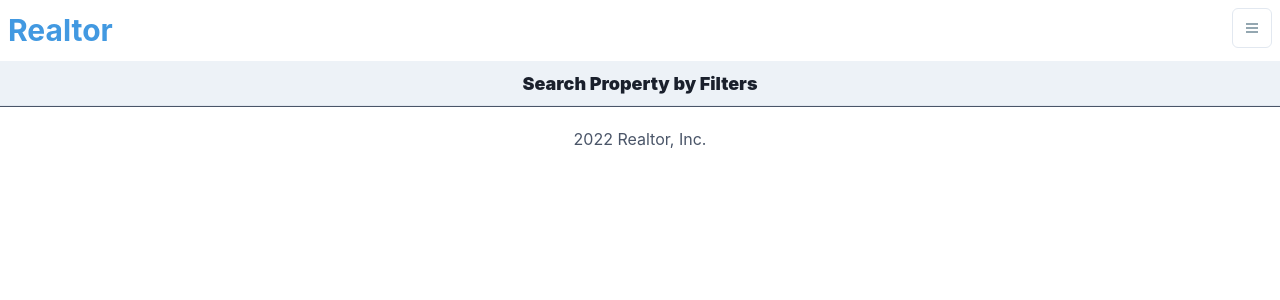
Repository: programmingwithlevi/realtor
Page: /search
These files come from the project's save history. The page is drawn as it stood at one moment and after the next save; the edit follows.
The browser window is 1280 px wide. The pictures show the whole page.
The project was rebuilt for these pictures with package versions that can differ from the ones it lists, and the page was loaded fresh each time. The framework's server and built-in components were replaced by stand-ins that run in the browser. Also part of the build but not shown: next.config.js.

Above is the page before, as saved 2022-11-30 13:01:11.

### pages/_app.js
import Router from 'next/router';
import Head from 'next/head';
import '../styles/globals.css'
import { ChakraProvider } from '@chakra-ui/react';
import Layout from "../components/Layout";

function MyApp({ Component, pageProps }) {
  return (
    <>
      <Head>

      </Head>
      <ChakraProvider>
        <Layout>
          <Component {...pageProps} />
        </Layout>
      </ChakraProvider>
    </>
    )
}

export default MyApp

### pages/search.js
import { useState } from "react";
import { useRouter } from "next/router";
import Image from "next/image";
import { Flex, Box, Text, Icon } from '@chakra-ui/react';
import { BsFilter } from 'react-icons/bs';

const Search = () => {
    const [searchFilters, setSearchFilters] = useState(false);
    const router = useRouter();

    return (
        <Box>
            <Flex
                cursor="pointer"
                bg="gray.100"
                borderBottom="1px"
                borderColor="gray.200"
                p="2"
                fontWeight="black"
                fontSize="lg"
                justifyContent="center"
                alignItems="center"
                >
            <Text>
                Search Property by Filters
            </Text>

            </Flex>
        </Box>
    )

}
export default Search;

### components/Layout.jsx
import Head from 'next/head';
import {Box} from '@chakra-ui/react'

import Navbar from './Navbar.jsx';
import Footer from './Footer.jsx';


const Layout = ({ children }) => (
    <>
    <Head>
        <title>Real Estate</title>
    </Head>
    <Box maxWidth="1280px" m="auto">
        <header>
            <Navbar />
        </header>
        <main>
            {children}
        </main>
        <footer>
            <Footer />
        </footer>
    </Box>
    </>
);

export default Layout;

### components/Navbar.jsx
import  Link  from "next/link";
import {
  Menu,
  MenuItem,
  MenuButton,
  MenuList,
  IconButton,
  Flex,
  Box,
  Spacer,
} from "@chakra-ui/react";
import { FcMenu, FcHome, FcAbout } from 'react-icons/fc';
import { BsSearch } from "react-icons/bs";
import { FiKey } from "react-icons/fi";

const Navbar = () => (
    <Flex p='2' borderBottom='1px' borderColor='gray.100'>
      <Box fontSize='3xl' color='blue.400' fontWeight='bold'>
        <Link href='/' paddingLeft='2'>Realtor</Link>
      </Box>
      <Spacer />
      <Box>
        <Menu>
          <MenuButton as={IconButton} icon={<FcMenu />} variant='outline' color='red.400' />
          <MenuList>
            <Link href='/' passHref>
              <MenuItem icon={<FcHome />}>Home</MenuItem>
            </Link>
            <Link href='/search' passHref>
              <MenuItem icon={<BsSearch />}>Search</MenuItem>
            </Link>
            <Link href='/search?purpose=for-sale' passHref>
              <MenuItem icon={<FcAbout />}>Buy Property</MenuItem>
            </Link>
            <Link href='/search?purpose=for-rent' passHref>
              <MenuItem icon={<FiKey />}>Rent Property</MenuItem>
            </Link>
          </MenuList>
        </Menu>
      </Box>
    </Flex>
  );
export default Navbar;

### components/Footer.jsx
import {Box} from '@chakra-ui/react';

const Footer = () => (
    <Box textAlign="center" p="5" color="gray.600" borderTop="1px" borderColor="grey.100">
        2022 Realtor, Inc.
    </Box>
)
export default Footer;

Loaded but not shown: styles/globals.css (common file)

After the next save:
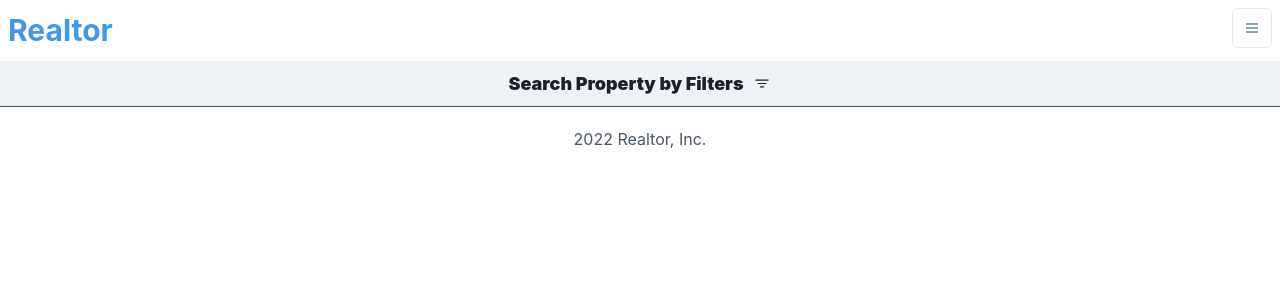
Saved 62 s later.
--- a/pages/search.js
+++ b/pages/search.js
@@ -24,7 +24,7 @@ const Search = () => {
             <Text>
                 Search Property by Filters
             </Text>
-
+            <Icon paddingLeft="2" w="7" as={BsFilter} />
             </Flex>
         </Box>
     )
